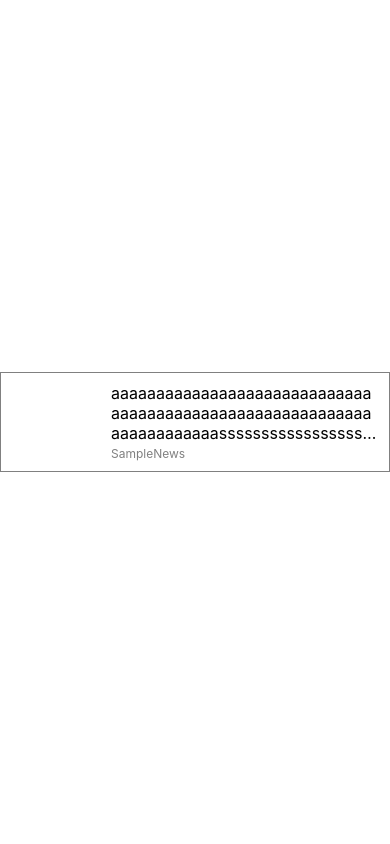
Repository: kawamoto0429/udemy_news
Screen: /
These files come from the project's save history. The screen is drawn as it stood at one moment and after the next save; the edit follows.
The app was drawn by React Native's web renderer in a window 390 px wide. The project was rebuilt for these pictures with package versions that can differ from the ones it lists, and the page was loaded fresh each time.

Above is the screen before, as saved 2022-03-02 21:34:43.

After the next save:
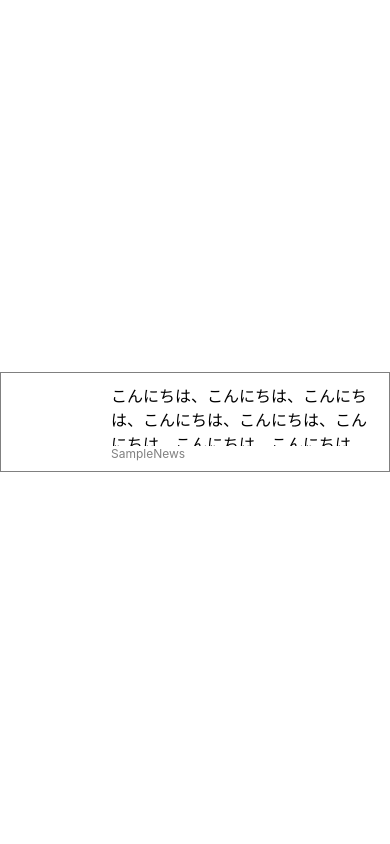
Saved 25 s later.
--- a/components/ListItem.js
+++ b/components/ListItem.js
@@ -2,7 +2,7 @@ import React from 'react';
 import { StyleSheet, Text, View, Image } from 'react-native';
 
 
-export default function ListItem({author, imageUrl}) {
+export default function ListItem({author, imageUrl, title}) {
   const styles = StyleSheet.create({
     itemContainer: {
       height: 100,
@@ -42,7 +42,7 @@ export default function ListItem({author, imageUrl}) {
         </View>
         <View style={styles.rightContainer}>
           <Text numberOfLines={3} style={styles.text}>
-            aaaaaaaaaaaaaaaaaaaaaaaaaaaaaaaaaaaaaaaaaaaaaaaaaaaaaaaaaaaaaaaaaaaaaassssssssssssssssssssssssssssssssssssssssssssssssssssssssssssssssssssssssssssssssssss
+            {title}
           </Text>
           <Text style={styles.subText}>
             {author}
